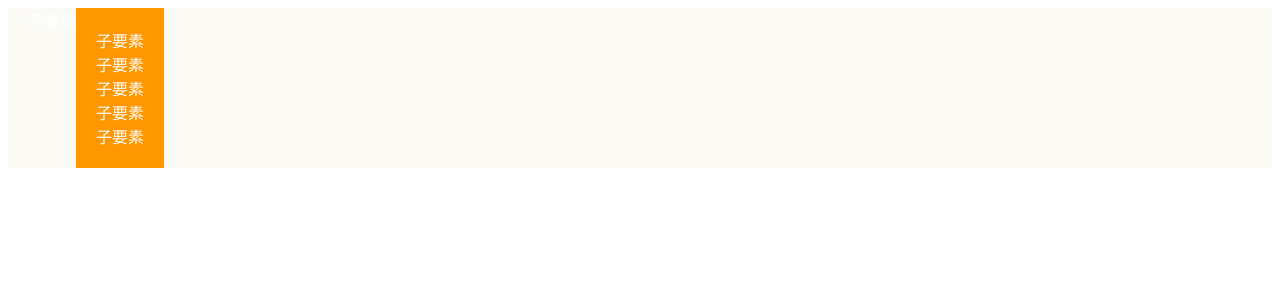
Repository: kyomufire/Potepan_kadai1
Page: Potepan Lessons/index4.html
The author's editor kept a record of every edit. The page is drawn from the files as they stood at one moment, then again after the next edit.
The browser window is 1280 px wide. The pictures show the whole page.

Above is the page before.

After the next edit:
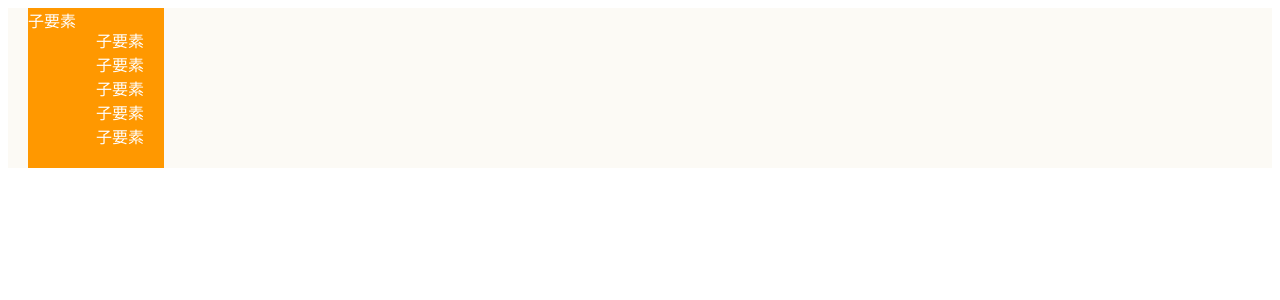
The edit:
--- a/Potepan Lessons/test4.css
+++ b/Potepan Lessons/test4.css
@@ -7,6 +7,7 @@
 .ContentLeft {
   color: #fff;
   padding 20px;
+  background-color: #ff9800;
 }
 
 .ContentRight {
